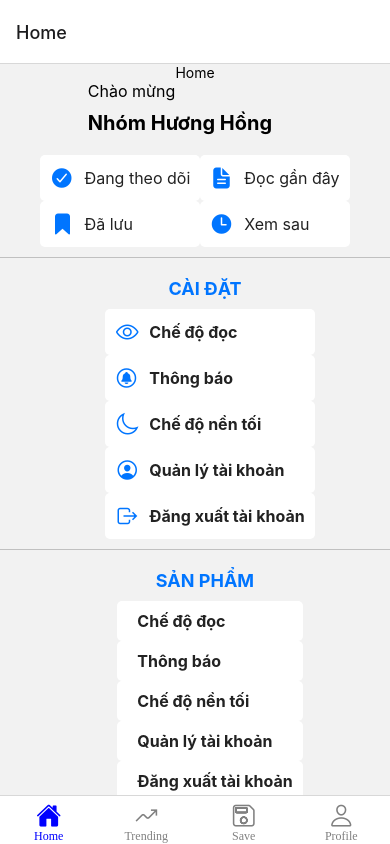
Repository: Quynhhuong150322/New_Daily
Screen: /BottomTab
An editor plug-in stored every save of this project. The screen is shown before and after the next save, followed by the edit.
An inner scrolling area shows only its first screen. The app was drawn by React Native's web renderer in a window 390 px wide. The project was rebuilt for these pictures with package versions that can differ from the ones it lists, and the page was loaded fresh each time. Also part of the build but not shown: firebase.js, screens/Login.js, screens/Signup.js, screens/Trending.js, screens/Save.js, screens/Profile.js, screens/Setting.js, screens/Dark_Mode.js and 1 more.

Above is the screen before, as saved 2023-12-20 02:59:19.

### App.js
import React from "react";
import {  StyleSheet, View } from "react-native";
import AppNavigator from "./navigation/AppNavigator";


export default function App() {
  return (
    <View style={styles.container}>
      <AppNavigator />
    </View>
  );
}

const styles = StyleSheet.create({
  container: {
    flex: 1,
  },
});

### navigation/AppNavigator.js
import { NavigationContainer } from '@react-navigation/native';
import { createNativeStackNavigator } from "@react-navigation/native-stack"
import Login from "../screens/Login";
import Signup from "../screens/Signup";
import  Welcome from "../screens/Welcome";
import  Home from "../screens/Home";
import  BottomTab from "../screens/BottomTab";
import Trending from '../screens/Trending'
import Save from '../screens/Save'
import Profile from '../screens/Profile'
import Setting from '../screens/Setting'
import Dark_Mode from '../screens/Dark_Mode'
import Following from '../screens/Following'
import Notification from '../screens/Following'
import Privacy_Policy from '../screens/Following'
import Read_Later from '../screens/Following'
import Read_Recently from '../screens/Dark_Mode'
import Saved from '../screens/Following'
import Terms_Of_Use from '../screens/Following'

const Stack = createNativeStackNavigator();


export default function AppNavigator() {
  return (
    <NavigationContainer>
      <Stack.Navigator
        initialRouteName='Welcome'
      >
        <Stack.Screen
          name="Welcome"
          component={Welcome}
          options={{
            headerShown: false
          }}
        />
        <Stack.Screen
          name="Login"
          component={Login}
          options={{
            headerShown: false
          }}
        />
        <Stack.Screen
          name="Signup"
          component={Signup}
          options={{
            headerShown: false
          }}
        />
        <Stack.Screen
          name="BottomTab"
          component={BottomTab}
          options={{ headerShown: false }}
        />
        <Stack.Screen
          name="Home"
          component={Home}
          options={{ headerShown: false }}
        />
        <Stack.Screen
          name="Trending"
          component={Trending}
        />
        <Stack.Screen
          name="Save"
          component={Save}
        />
        <Stack.Screen
          name="Profile"
          component={Profile}
        />
        <Stack.Screen
          name="Setting"
          component={Setting}
        />
        <Stack.Screen
          name="Dark_Mode"
          component={Dark_Mode}
        />
        <Stack.Screen
          name="Following"
          component={Following}
        />
        <Stack.Screen
          name="Notification"
          component={Notification}
        />
        <Stack.Screen
          name="Privacy_Policy"
          component={Privacy_Policy}
        />
        <Stack.Screen
          name="Read_Later"
          component={Read_Later}
        />
        <Stack.Screen
          name="Read_Recently"
          component={Read_Recently}
        />
        <Stack.Screen
          name="Saved"
          component={Saved}
        />
        <Stack.Screen
          name="Terms_Of_Use"
          component={Terms_Of_Use}
        />

      </Stack.Navigator>
    </NavigationContainer>
  );
}

### screens/Welcome.js
import { View, Text, Pressable, Image } from 'react-native'
import React from 'react'
import { LinearGradient } from "expo-linear-gradient";
import colors from '../constants/colors';
import Button from '../components/Button';

const Welcome = ({ navigation }) => {

    return (
        <LinearGradient
            style={{
                flex: 1
            }}
            colors={[colors.Xanh_nhat, colors.Xanh_nhat]}
        >
            <View style={{ flex: 1 }}>
                <View>
                    <Image
                        source={require("../assets/Loading.png")}
                        style={{
                            height: 500,
                            width: 500,
                            position: "absolute",
                            top: 5,
                            right: -50,
                        }}
                    />

                    {/* <Image
                        source={require("../assets/Logo-4.png")}
                        style={{
                            height: 100,
                            width: 100,
                            borderRadius: 20,
                            position: "absolute",
                            top: -30,
                            left: 100,
                            transform: [
                                { translateX: 50 },
                                { translateY: 50 },
                                { rotate: "-5deg" }
                            ]
                        }}
                    /> */}
                </View>

                {/* content  */}

                <View style={{
                    paddingHorizontal: 22,
                    position: "absolute",
                    top: 400,
                    width: "100%"
                }}>
                    <Text style={{
                        fontSize: 25,
                        fontWeight: 1000,
                        color: colors.Xam1,
                        top: 30,
                        fontFamily: 'OpenSans-Regular',
                    }}>Đọc báo chỉ với một ứng dụng</Text>
                    <Text style={{
                        fontSize: 40,
                        fontWeight: 800,
                        color: colors.Den,
                        fontFamily: 'Helvetica-Bold',
                        top: 40,
                    }}>New Daily</Text>

                    <View style={{ marginVertical: 22 }}>
                        <Text style={{
                            fontSize: 16,
                            color: colors.Xam1,
                            marginVertical: 4,
                            top: 40,
                            fontFamily: 'OpenSans-Regular',
                        }}>Đọc tin tức mới nhất một cách mượt mà và nhanh chóng vào thời gian rảnh</Text>

                    </View>

                    <Button
                        title= {
                            <Text style={{
                                color: colors.Trang, fontSize: 25,
                                fontFamily: 'Helvetica-Bold',
                                }}>Đọc ngay
                            </Text>
                        }
                        onPress={() => navigation.navigate("Signup")}
                        style={{
                            marginTop: 22,
                            width: "100%",
                            backgroundColor: colors.Xanh_dam,
                            top: 30,
                        }}
                    />

                    <View style={{
                        flexDirection: "row",
                        marginTop: 12,
                        justifyContent: "center",
                        top: 50
                    }}>
                        <Text style={{
                            fontSize: 16,
                            color: colors.Den
                        }}>Bạn đã có tài khoản chưa?</Text>
                        <Pressable
                            onPress={() => navigation.navigate("Login")}
                        >
                            <Text style={{
                                fontSize: 16,
                                color: colors.Xanh_dam,
                                fontWeight: "bold",
                                marginLeft: 4
                            }}>Đăng nhập</Text>
                        </Pressable>

                    </View>
                </View>
            </View>
        </LinearGradient>
    )
}

export default Welcome

### screens/Home.js
import { View, Text, StyleSheet, ScrollView, Image } from "react-native";
import React from "react";
// import React, {useState} from "react";
import colors from '../constants/colors';
import Divider from '../components/Divider';
import Tab from '../components/Tab';
import { SafeAreaView } from "react-native-safe-area-context";
import { Ionicons } from "@expo/vector-icons";
import { useNavigation } from '@react-navigation/core';

export default function Home({navigation}) {
  return (
  <ScrollView>
    <View style={styles.container}>
      <Text>Home</Text>
      <View style={{
            flexDirection: 'row',
            justifyContent: 'space-around',
            alignItems: 'center',
          }}>

            <View style={{
                color: colors.Den,
                marginRight: 30
              }}>
              <Text style={{
                fontSize: 16,
                }}>
                Chào mừng
              </Text>
              <Text style={{
                fontSize: 20,
                marginTop: 10,
                fontWeight: 'bold',
                }}>
                Nhóm Hương Hồng
              </Text>
            </View>


          </View>

          <View style = {{
            flexDirection: 'row',
            justifyContent: 'space-around',
            alignItems: 'center',
            marginBottom: 10,
            marginTop: 20}}>
            <View>
              <Tab icon="checkmark-circle" title="Đang theo dõi" navigateTo="Home" />
              <Tab icon="bookmark" title="Đã lưu" navigateTo="Home" />
            </View>
            <View>
              <Tab icon="document-text" title="Đọc gần đây" navigateTo="Home" />
              <Tab icon="time" title="Xem sau" navigateTo="Home" />
            </View>
          </View>

          <Divider color={colors.Xam3}  />

          <Text style={{
            fontSize: 18,
            marginLeft: 20,
            marginTop:20,
            color: colors.Xanh_dam,
            fontWeight: 'bold',
            }}>
            CÀI ĐẶT
          </Text>

          <View style = {{
            fontSize: 18,
            marginBottom: 10,
            marginTop: 10,
            marginLeft: 30
            }}>
            <Tab icon="eye-outline" title="Chế độ đọc " navigateTo="Home" fontWeight='bold' />
            <Tab icon="notifications-circle-outline" title="Thông báo" navigateTo="Home" fontWeight='bold'/>
            <Tab icon="moon-outline" title="Chế độ nền tối" navigateTo="Home" fontWeight='bold'/>
            <Tab icon="person-circle-outline" title="Quản lý tài khoản " navigateTo="Home" fontWeight='bold'/>
            <Tab icon="log-out-outline" title="Đăng xuất tài khoản" navigateTo="Home" fontWeight='bold'/>
          </View>

          <Divider color={colors.Xam3}  />

          <Text style={{
            fontSize: 18,
            marginLeft: 20,
            marginTop:20,
            color: colors.Xanh_dam,
            fontWeight: 'bold',
            }}>
            SẢN PHẨM
          </Text>

          <View style = {{
            fontSize: 18,
            marginBottom: 10,
            marginTop: 10,
            marginLeft: 30
            }}>
            <Tab title="Chế độ đọc " navigateTo="Home" fontWeight='bold' />
            <Tab title="Thông báo" navigateTo="Home" fontWeight='bold'/>
            <Tab title="Chế độ nền tối" navigateTo="Home" fontWeight='bold'/>
            <Tab title="Quản lý tài khoản " navigateTo="Home" fontWeight='bold'/>
            <Tab title="Đăng xuất tài khoản" navigateTo="Home" fontWeight='bold'/>
          </View>

          <Divider color={colors.Xam3}  />

          <Divider color={colors.Xam3}  />

          <View style={{
            margin: 15,
            // marginLeft: 20,

          }}>
            <Text style={{
              fontSize: 18,
              marginBottom: 10,
              color: colors.Xanh_dam,
              fontWeight: 'bold'}}>
              Báo điện tử New Daily
            </Text>
            <Text style={{
              marginBottom: 10,
              }}>
              Báo tiếng Việt đồng hành cùng bạn trong mọi bản tin
            </Text>
            <Text style={{
              marginBottom: 10,
              }}>
              Thuộc lớp Công nghệ lập trình đa nền tảng cho ứng dụng di động - IE307.O13.CNCL
            </Text>
            <Text style={{
              marginBottom: 10,
              }}>
              Địa chỉ: Khu phố 6, P.Linh Trung, Tp.Thủ Đức, Tp.Hồ Chí Minh
            </Text>
            <Text style={{
              marginBottom: 30,
              }}>
              Email: 20521383@gm.uit.edu.vn hoặc 20521357@gm.uit.edu.vn
            </Text>
            <Text style={{
              marginBottom: 10,
              fontWeight: 'bold'
              }}>
              © 2023. Toàn bộ bản quyền thuộc về New Daily
            </Text>
          </View>
    </View>
  </ScrollView>

  );
}
const styles = StyleSheet.create({
  container: {
    flex: 1,
    justifyContent: "center",
    alignItems: "center",
  },
});

### screens/BottomTab.js
import * as React from "react";
import { createBottomTabNavigator } from "@react-navigation/bottom-tabs";
import Ionicons from "react-native-vector-icons/Ionicons";
import Home from './Home'
import Trending from './Trending'
import Save from './Save'
import Profile from './Profile'

const Tab = createBottomTabNavigator();

export default function MyTabs() {
    return (
        <Tab.Navigator
        screenOptions={({ route }) => ({
            tabBarIcon: ({ focused, color, size }) => {
            let iconName;

            if (route.name === "Home") {
                iconName = focused ? "home" : "home-outline";
            } else if (route.name === "Trending") {
                iconName = focused ? "trending-up" : "trending-up-outline";
            } else if (route.name === "Save") {
                iconName = focused ? "save" : "save-outline";
            } else if (route.name === "Profile") {
                iconName = focused ? "person" : "person-outline";
            }

            return <Ionicons name={iconName} size={size} color={color} style={{ marginTop: 5 }}/>;
            },
        })}
        tabBarOptions={{
            activeTintColor: "blue",
            inactiveTintColor: "gray",
            labelStyle: {
                fontSize: 12,
                fontFamily: 'OpenSans-Regular',
            },
        }}
        >
        <Tab.Screen name="Home" component={Home} />
        <Tab.Screen name="Trending" component={Trending} />
        <Tab.Screen name="Save" component={Save} />
        <Tab.Screen name="Profile" component={Profile} />
        </Tab.Navigator>
    );
}

### constants/colors.js
const colors = {
    Xanh_nhat: "#D0ECEF",
    Xanh_dam: "#0075FF",
    Do: "#FF0000",
    Xam1: "#666666",
    Xam2: "#9E9C9C",
    Xam3: "#C0C0C0",
    Den: "#222222",
    Trang: "#FFFFFF",

}

export default colors;

### components/Button.js
import { Text, TouchableOpacity, StyleSheet } from 'react-native'
import React from 'react'
import colors from '../constants/colors'

const Button = (props) => {
    const filledBgColor = props.color || colors.primary;
    const outlinedColor = colors.white;
    const bgColor = props.filled ? filledBgColor : outlinedColor;
    const textColor = props.filled ? colors.white : colors.primary;

    return (
        <TouchableOpacity
            style={{
                ...styles.button,
                ...{ backgroundColor: bgColor },
                ...props.style
            }}
            onPress={props.onPress}
        >
            <Text style={{ fontSize: 20, ... { color: textColor } }}>{props.title}</Text>
        </TouchableOpacity>
    )
}

const styles = StyleSheet.create({
    button: {
        paddingBottom: 16,
        paddingVertical: 10,
        borderColor: colors.Xanh_dam,
        borderWidth: 2,
        borderRadius: 12,
        alignItems: 'center',
        justifyContent: 'center'
    }
})
export default Button

### components/Divider.js
import React from 'react';
import { View, StyleSheet } from 'react-native';
import colors from '../constants/colors';

const Divider = ({ color = colors.Xam1, length = '100%' }) => {
    return (
        <View
        style={{
            ...styles.divider,
            backgroundColor: color,
            width: length
        }}
        />
    );
};

const styles = StyleSheet.create({
    divider: {
    height: 1,
    marginHorizontal: 10,
    alignSelf: 'center'
    }
});

export default Divider;

### components/Tab.js
import React from 'react';
import { TouchableOpacity, Text, StyleSheet, View } from 'react-native';
import { Ionicons } from '@expo/vector-icons';
import { useNavigation } from '@react-navigation/native';
import colors from '../constants/colors';

const Tab = ({ icon, title, navigateTo, fontSize = 16, fontWeight = 'normal' }) => {
    const navigation = useNavigation();

    return (
        <TouchableOpacity style={styles.button} onPress={() => navigation.navigate(navigateTo)}>
        <Ionicons name={icon} size={24} color="#0075FF" />
        <Text style={{ ...styles.text, fontSize: fontSize, fontWeight }}>{title}</Text>
        </TouchableOpacity>
    );
};

const styles = StyleSheet.create({
    button: {
        flexDirection: 'row',
        alignItems: 'center',
        backgroundColor: colors.Trang,
        padding: 10,
        borderRadius: 5
    },
    text: {
        marginLeft: 10,
        color: colors.Den,
        // fontSize: 16
    }
});

export default Tab;

After the next save:
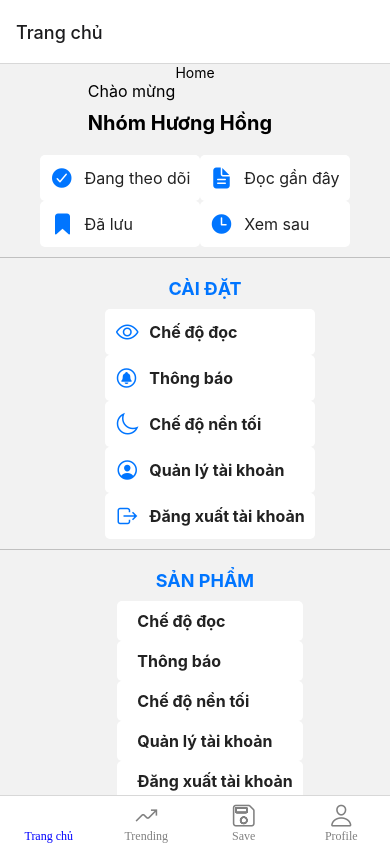
Saved 25 s later.
--- a/screens/BottomTab.js
+++ b/screens/BottomTab.js
@@ -37,7 +37,7 @@
             },
         }}
         >
-        <Tab.Screen name="Home" component={Home} />
+        <Tab.Screen name="Trang chủ" component={Home} />
         <Tab.Screen name="Trending" component={Trending} />
         <Tab.Screen name="Save" component={Save} />
         <Tab.Screen name="Profile" component={Profile} />
